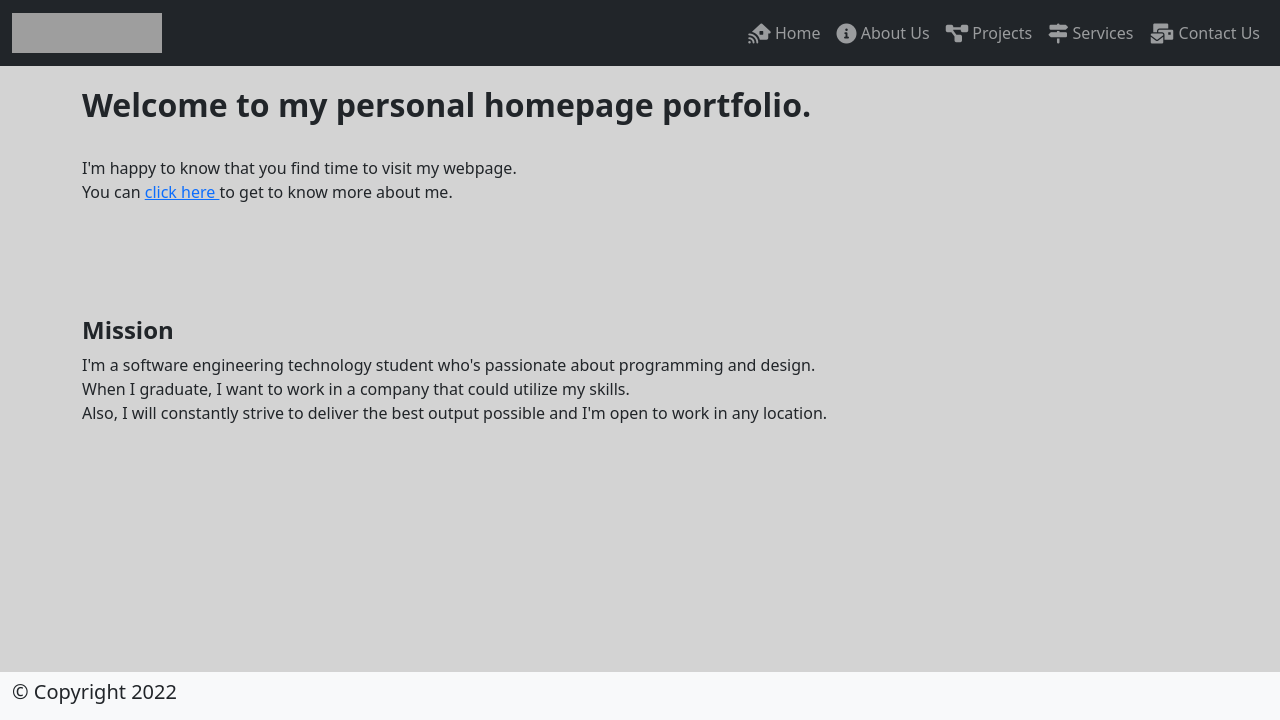
Repository: acarino4/Express-Portfolio-Site
Page: http://localhost/
These files come from the project's save history. The page is drawn as it stood at one moment and after the next save; the edit follows.
The browser window is 1280 px wide. The pictures show the whole page.
Pictures or frames that could not be fetched are drawn as grey boxes. The page is served by the project's Node server (server.js). Other server files are loaded and not shown.

Above is the page before, as saved 2022-10-08 18:52:17.

### Server/Views/index.ejs
<!--
    *****************************************
    * File Name: MyExpressPortfolio         *
    * Students Name: Jenyll Mabborang       *
    * Student ID: 301225121                 *
    * Date: June 06, 2022                   *
    *****************************************
-->

<!DOCTYPE html>
<html lang="en">
<head>
    <meta charset="UTF-8">
    <meta http-equiv="X-UA-Compatible" content="IE=edge">
    <meta name="viewport" content="width=device-width, initial-scale=1.0">
    <title><%= title %></title>
    <!-- CSS Goes Here -->
    <link rel="stylesheet" href="./bootstrap/dist/css/bootstrap.min.css">
    <link rel="stylesheet" href="./@fortawesome/fontawesome-free/css/all.min.css">
    <link rel="stylesheet" href="./Content/app.css">
</head>
<body>
    <!-- Main Navigation Section -->
    <header>
        <%- include('components/header.ejs'); %> <!-- Inserts or injects my header.ejs inside my header-->
    </header>

    <!-- Content Section -->
    <main>
        <%- include('content/' + page + '.ejs'); %>
    </main>

    <!-- Site-wide Footer Section -->
    <footer>
        <!-- Site-wide footer -->
        <%- include('components/footer.ejs'); %> <!-- Inserts or injects my footerr.ejs inside my footer-->
    </footer>

    <!-- JavaScript goes here -->
    <script src="./jquery/dist/jquery.min.js"></script>
    <script src="./bootstrap/dist/js/bootstrap.min.js"></script>
    <script src="./@fortawesome/fontawesome-free/js/all.min.js"></script>
    <script src="./Scripts/app.js"></script>
</body>
</html>

### Server/Views/components/header.ejs
<!--
  Name: Angelo Caster M. Carino
  Student ID: 301223955
  Assignment 1: Express Portfolio Site
-->
<nav class="navbar navbar-expand-lg navbar-dark bg-dark">
    <div class="container-fluid">
      <a class="navbar-brand" href="/"><img src="./Assets/images/logo.png" alt="" width="150" height="40"></i> </a>
      <button class="navbar-toggler" type="button" data-bs-toggle="collapse" data-bs-target="#navbarSupportedContent" aria-controls="navbarSupportedContent" aria-expanded="false" aria-label="Toggle navigation">
        <span class="navbar-toggler-icon"></span>
      </button>
      <div class="collapse navbar-collapse" id="navbarSupportedContent">
        <ul class="navbar-nav ms-auto mb-2 mb-lg-0">

          <!-- Home Page link -->
          <li class="nav-item">
            <a class="nav-link" aria-current="page" href="/home"><i class="fa-solid fa-house-signal fa-lg"></i> Home</a>
          </li>

          <!-- About Page link -->
          <li class="nav-item">
            <a class="nav-link" aria-current="page" href="/about"><i class="fa-solid fa-circle-info fa-lg"></i></i> About Us</a>
          </li>

          <!-- Projects Page link -->
          <li class="nav-item">
            <a class="nav-link" aria-current="page" href="/projects"><i class="fa-solid fa-diagram-project fa-lg"></i></i> Projects</a>
          </li>

          <!-- Services Page link -->
          <li class="nav-item">
            <a class="nav-link" aria-current="page" href="/services"><i class="fa-solid fa-signs-post fa-lg"></i></i> Services</a>
          </li>

          <!-- Contact Page link -->
          <li class="nav-item">
            <a class="nav-link" aria-current="page" href="/contact"><i class="fa-solid fa-envelopes-bulk fa-lg"></i> Contact Us</a>
          </li>

        </ul>
      </div>
    </div>
  </nav>

### Server/Views/content/home.ejs
<!--
  Name: Angelo Caster M. Carino
  Student ID: 301223955
  Assignment 1: Express Portfolio Site
-->

<!-- HOME.EJS body content section -->
<head>
    <style>
        body {
            background-color:lightgray;
        }
        .div1 {
            border: 1px solid black;
            padding: 16px;
            background-color: grey;
        }

   </style>

</head>

<div class="container" style="padding-top: 20px;">
    <!-- Welcome Message -->
    <h2><strong>Welcome to my personal homepage portfolio.</strong></h2> <br>
    <p>I'm happy to know that you find time to visit my webpage. <br>
    <!-- Link to my about page -->
    You can <a href="./about"> click here </a> to get to know more about me.</p> <br><br><br><br>

    <!-- Mission Statement -->
    <h4> <strong>Mission</strong> </h4>
    <p>I'm a software engineering technology student who's passionate about programming and design. <br>
    When I graduate, I want to work in a company that could utilize my skills. <br>
    Also, I will constantly strive to deliver the best output possible and I'm open to work in any location.</p>
</div>

### Server/Views/components/footer.ejs
<!--
  Name: Angelo Caster M. Carino
  Student ID: 301223955
  Assignment 1: Express Portfolio Site
-->

<nav class="navbar fixed-bottom bg-light">
    <div class="container-fluid">
      <h5 id="copyright">&copy; Copyright 2022 </h5>
    </div>
</nav>

### server.js
#!/usr/bin/env node
"use strict";
var __importDefault = (this && this.__importDefault) || function (mod) {
    return (mod && mod.__esModule) ? mod : { "default": mod };
};
Object.defineProperty(exports, "__esModule", { value: true });
const app_1 = __importDefault(require("./Server/Config/app"));
const debug_1 = __importDefault(require("debug"));
(0, debug_1.default)('lesson4:server');
const http_1 = __importDefault(require("http"));
const port = normalizePort(process.env.PORT || '3000');
app_1.default.set('port', port);
const server = http_1.default.createServer(app_1.default);
server.listen(port);
server.on('error', onError);
server.on('listening', onListening);
function normalizePort(val) {
    var port = parseInt(val, 10);
    if (isNaN(port)) {
        return val;
    }
    if (port >= 0) {
        return port;
    }
    return false;
}
function onError(error) {
    if (error.syscall !== 'listen') {
        throw error;
    }
    let bind = typeof port === 'string'
        ? 'Pipe ' + port
        : 'Port ' + port;
    switch (error.code) {
        case 'EACCES':
            console.error(bind + ' requires elevated privileges');
            process.exit(1);
            break;
        case 'EADDRINUSE':
            console.error(bind + ' is already in use');
            process.exit(1);
            break;
        default:
            throw error;
    }
}
function onListening() {
    let addr = server.address();
    let bind = 'pipe ' + addr;
    (0, debug_1.default)('Listening on ' + bind);
}
//# sourceMappingURL=server.js.map

### Server/Routes/index.js
"use strict";
var __importDefault = (this && this.__importDefault) || function (mod) {
    return (mod && mod.__esModule) ? mod : { "default": mod };
};
Object.defineProperty(exports, "__esModule", { value: true });
const express_1 = __importDefault(require("express"));
const router = express_1.default.Router();
router.get('/', function (req, res, next) {
    res.render('index', { title: 'Home', page: 'home' });
});
router.get('/home', function (req, res, next) {
    res.render('index', { title: 'Home', page: 'home' });
});
router.get('/about', function (req, res, next) {
    res.render('index', { title: 'About Us', page: 'about' });
});
router.get('/projects', function (req, res, next) {
    res.render('index', { title: 'Our Projects', page: 'projects' });
});
router.get('/services', function (req, res, next) {
    res.render('index', { title: 'Our Services', page: 'services' });
});
router.get('/contact', function (req, res, next) {
    res.render('index', { title: 'Contact Us', page: 'contact' });
});
exports.default = router;
//# sourceMappingURL=index.js.map

### Client/Content/app.css
/*CUSTOM CSS GOES HERE*/

### Client/Scripts/app.js
"use strict";
(function () {
    function Start() {
        console.log("App Started!");
        let XHR = new XMLHttpRequest();
        XHR.open("GET", "../data/data.json");
        XHR.send();
        XHR.addEventListener("readystatechange", function () {
            if (XHR.readyState == 4 && XHR.status == 200) {
                console.log("JSON Data:");
                console.log("===========");
                console.log(XHR.responseText);
            }
        });
    }
    window.addEventListener("load", Start);
})();
//# sourceMappingURL=app.js.map

### Client/data/data.json
{
    "FullName": "Jenyll Mabborang",
    "ContactNumber": "564315584",
    "EmailAddress": "jenyll@example.com"
}

After the next save:
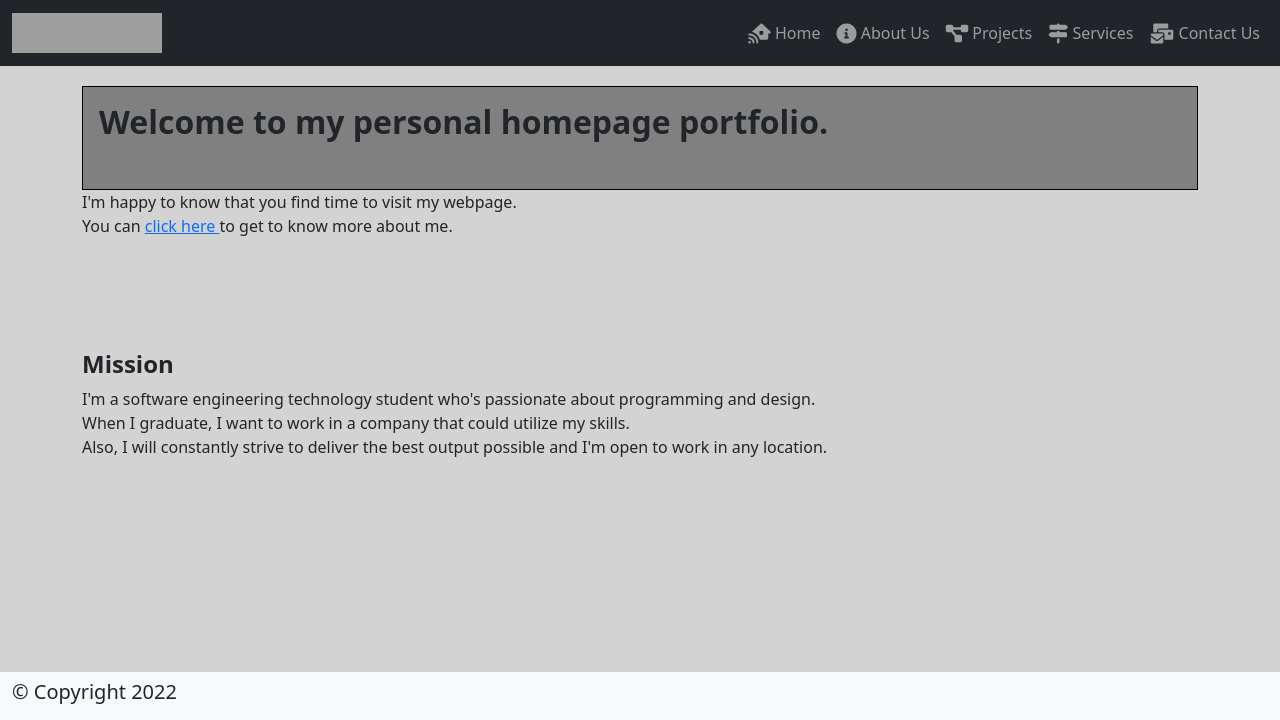
Saved 25 s later.
--- a/Server/Views/content/home.ejs
+++ b/Server/Views/content/home.ejs
@@ -22,7 +22,9 @@
 
 <div class="container" style="padding-top: 20px;">
     <!-- Welcome Message -->
+    <div class = "div1">
     <h2><strong>Welcome to my personal homepage portfolio.</strong></h2> <br>
+</div>
     <p>I'm happy to know that you find time to visit my webpage. <br>
     <!-- Link to my about page -->
     You can <a href="./about"> click here </a> to get to know more about me.</p> <br><br><br><br>
